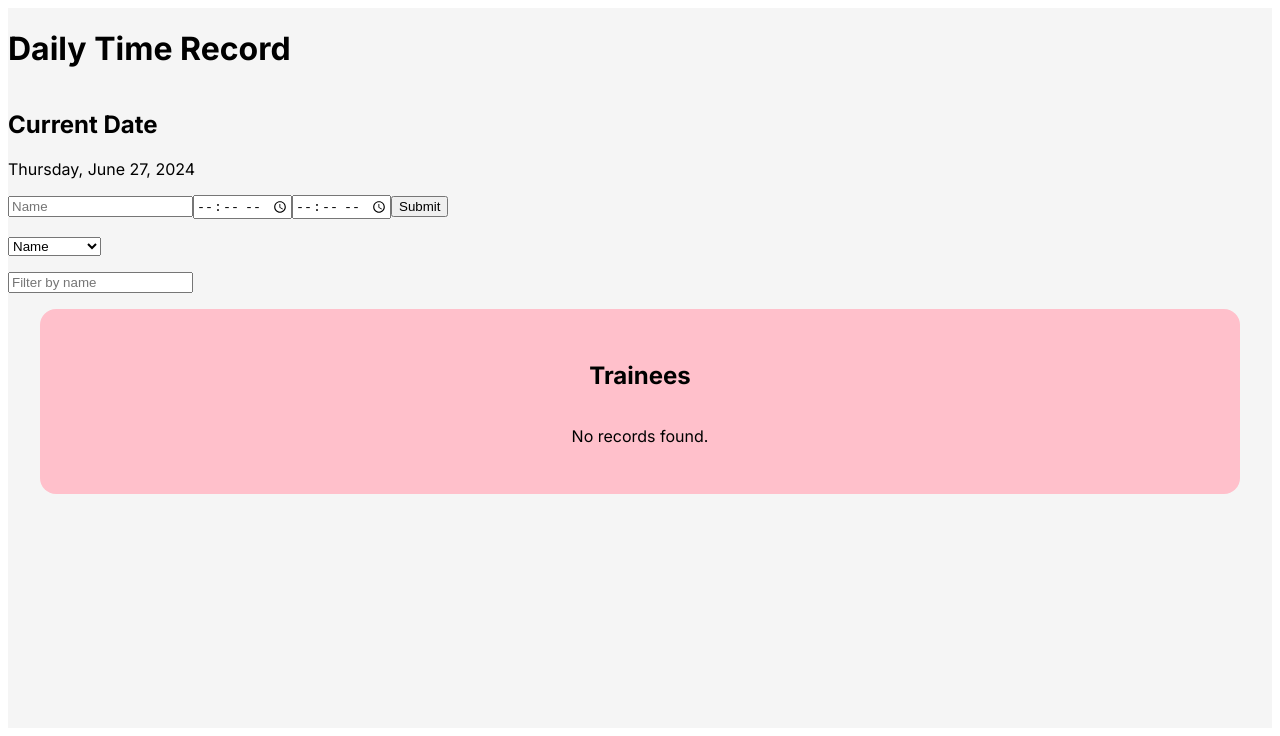
Repository: EeeeeEyyyy/daily_time_record
Page: /
An editor plug-in stored every save of this project. The page is shown before and after the next save, followed by the edit.
The browser window is 1280 px wide. The pictures show the whole page.
The project was rebuilt for these pictures with package versions that can differ from the ones it lists, and the page was loaded fresh each time. The framework's server and built-in components were replaced by stand-ins that run in the browser. Also part of the build but not shown: next.config.mjs, src/app/globals.css.

Above is the page before, as saved 2024-06-27 15:04:48.

After the next save:
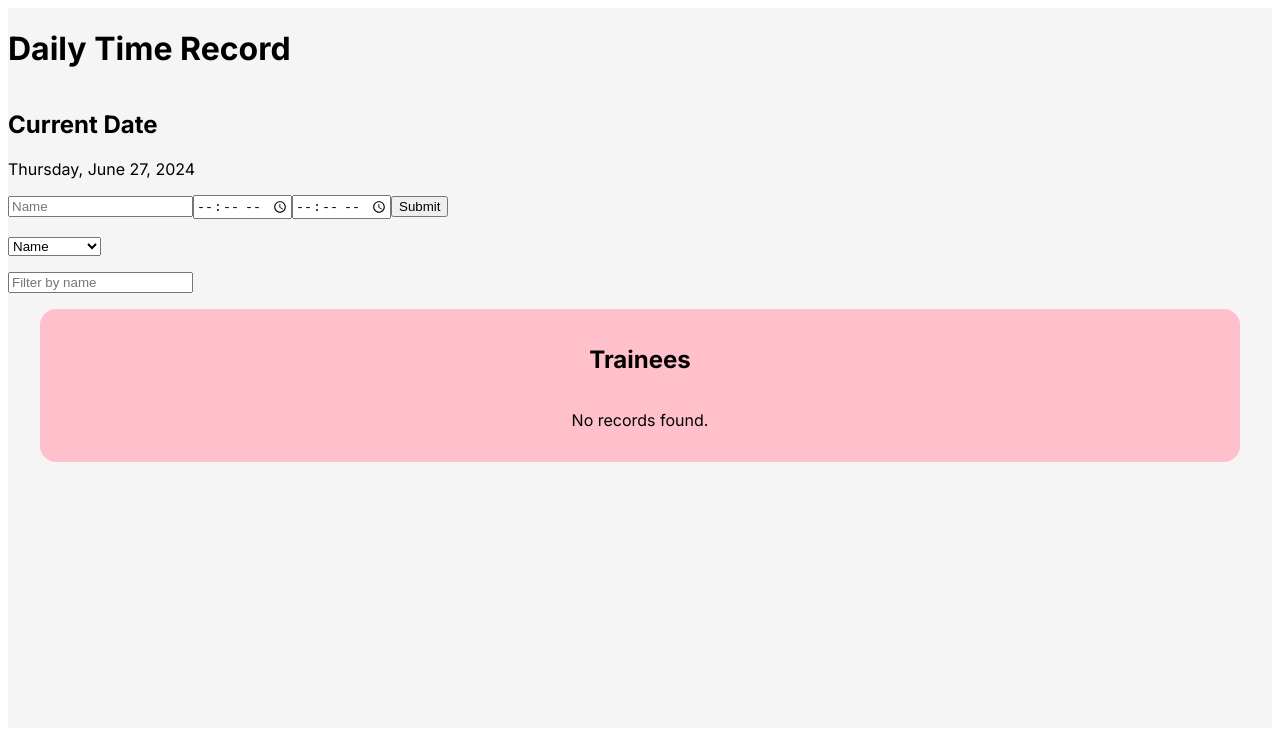
Saved 10 s later.
--- a/src/app/page.module.css
+++ b/src/app/page.module.css
@@ -7,7 +7,7 @@
 .trainees_m{
 border-radius:1rem;
 background:pink;
-padding:2rem 0rem;
+padding:1rem 0rem;
 margin:2rem;
 display:flex ;
 flex-direction:column;
